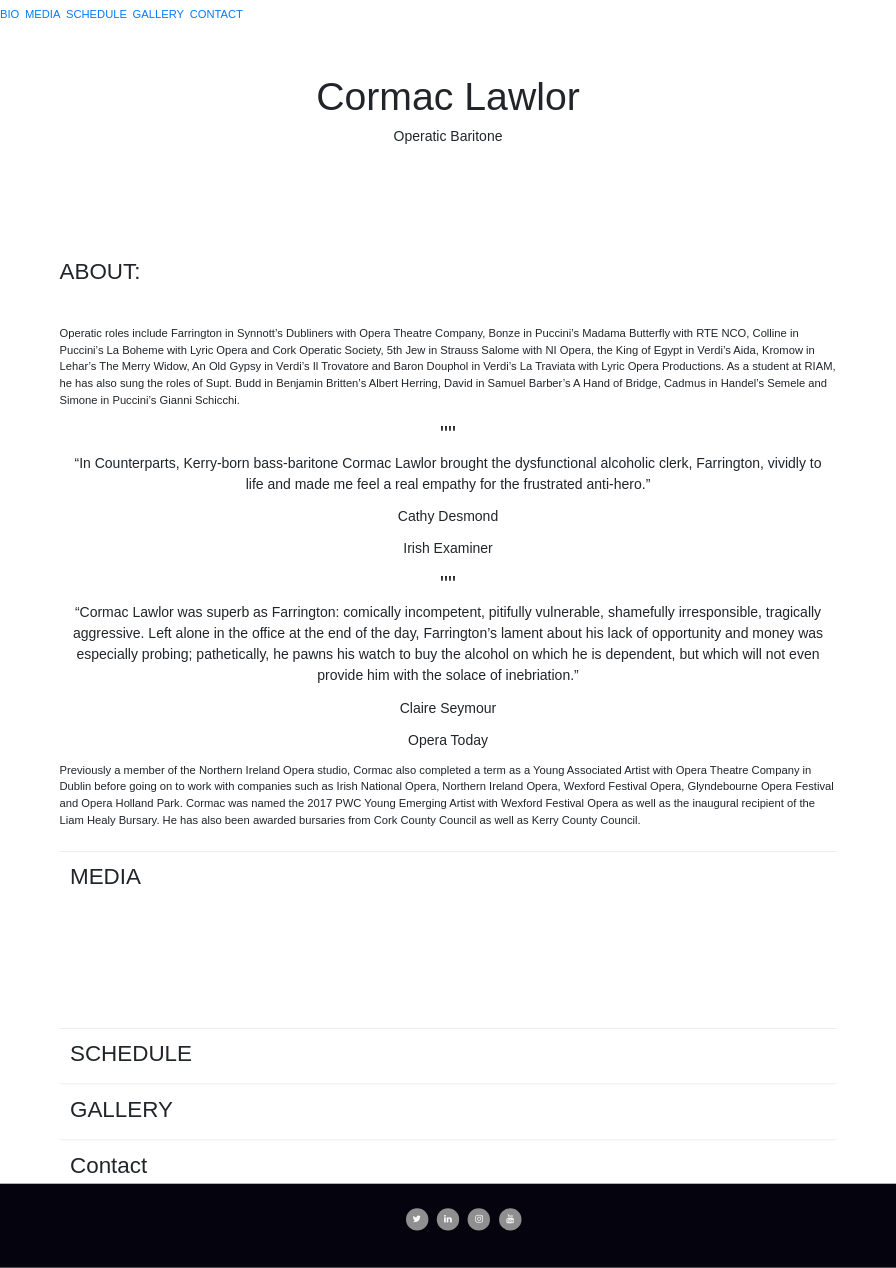
Repository: armedcor/frontend-project
Page: index.html
The author's editor kept a record of every edit. The page is drawn from the files as they stood at one moment, then again after the next edit.
The browser window is 1280 px wide. The pictures show the whole page, at 70% of full size.
Pictures or frames that could not be fetched are drawn as grey boxes.

Above is the page before.

After the next edit:
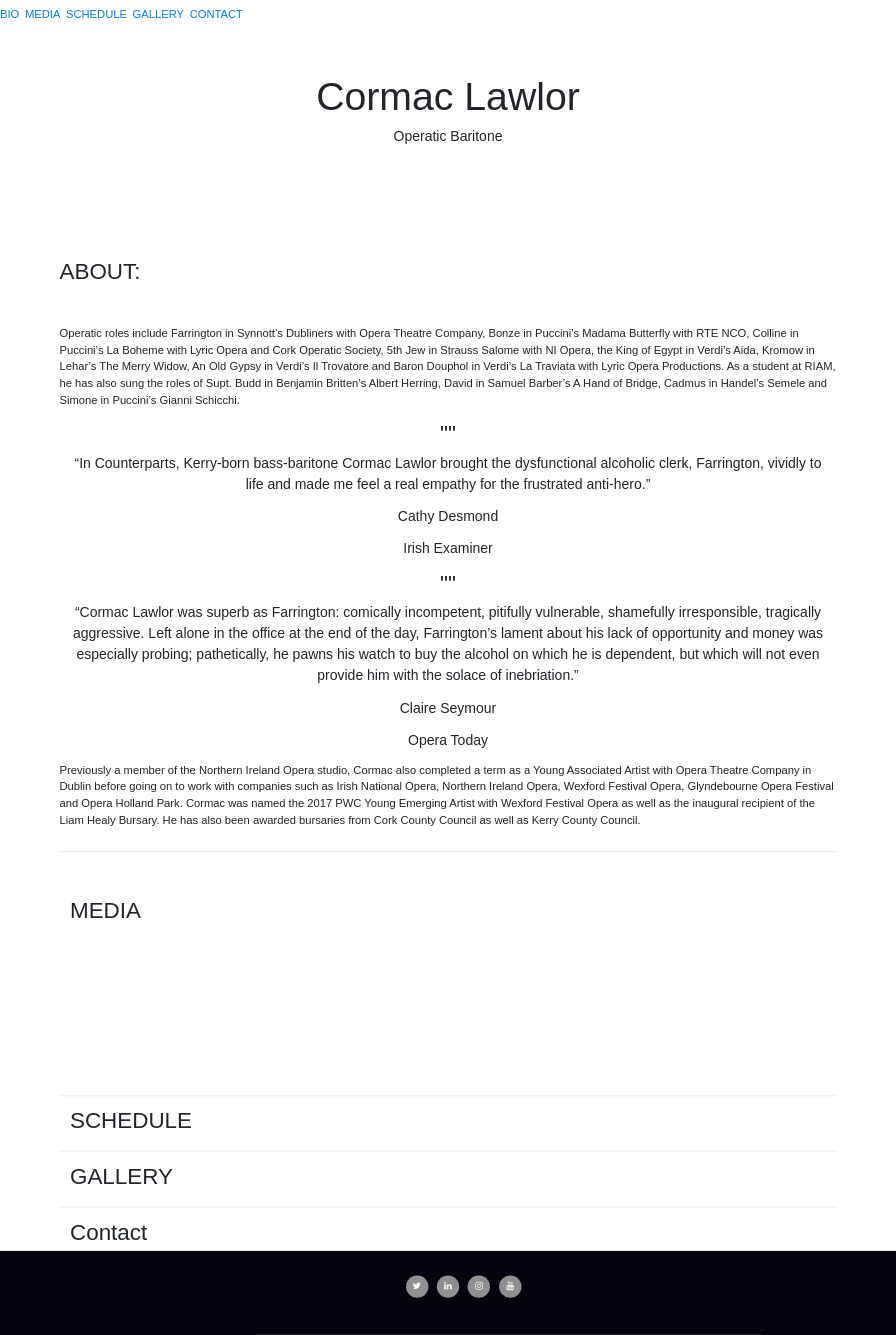
The edit:
--- a/index.html
+++ b/index.html
@@ -97,7 +97,7 @@
 
         <section class="container" id="media">
             <div class="row">
-                <div class="col-12">
+                <div class="col-12 my-5">
                     <h2 class="text-uppercase">Media</h2>
                 </div>
             </div>
